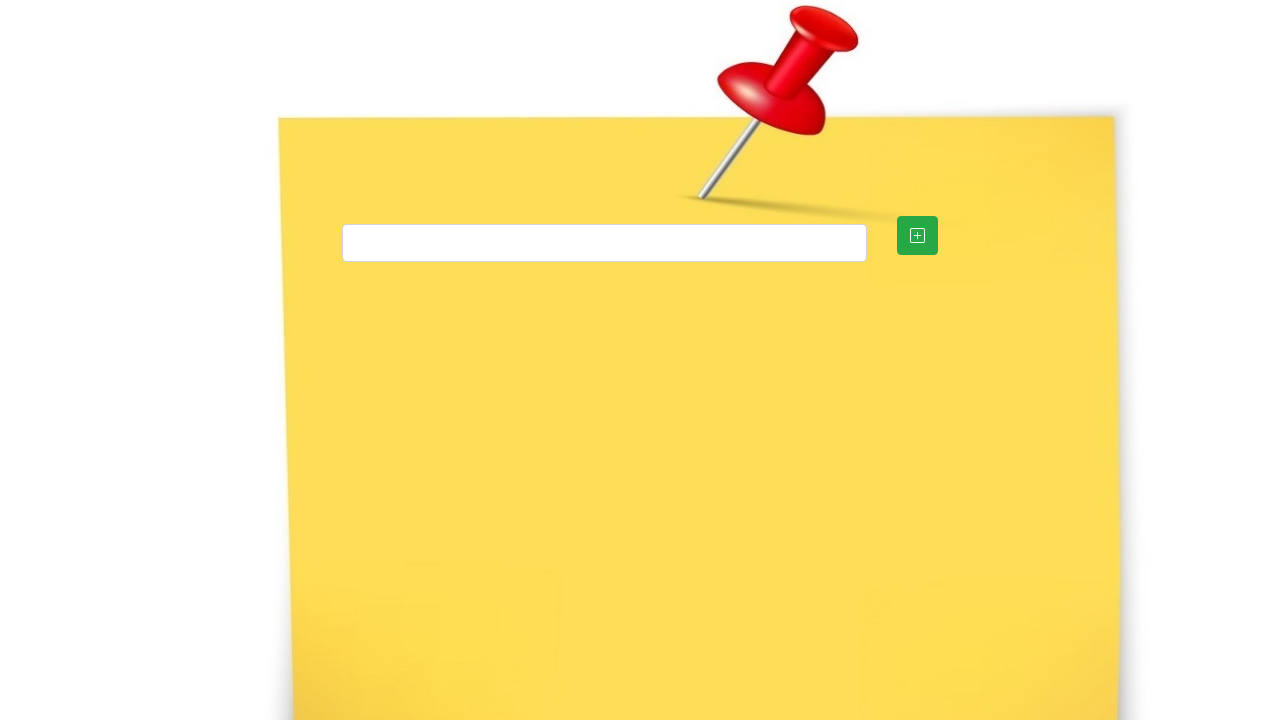
Repository: walaaElbasha/Todo-list-laravel
Page: http://localhost/tasks
These files come from the project's save history. The page is drawn as it stood at one moment and after the next save; the edit follows.
The browser window is 1280 px wide. The pictures show the whole page.
The page is served by the project's Laravel application, run on PHP 8.4 with Laravel 8. Style sheets and scripts are compiled from the project's sources, by tool versions that may differ from the author's. Queries for data that is not in the repository find no rows.

Above is the page before, as saved 2021-07-01 15:02:59.

After the next save:
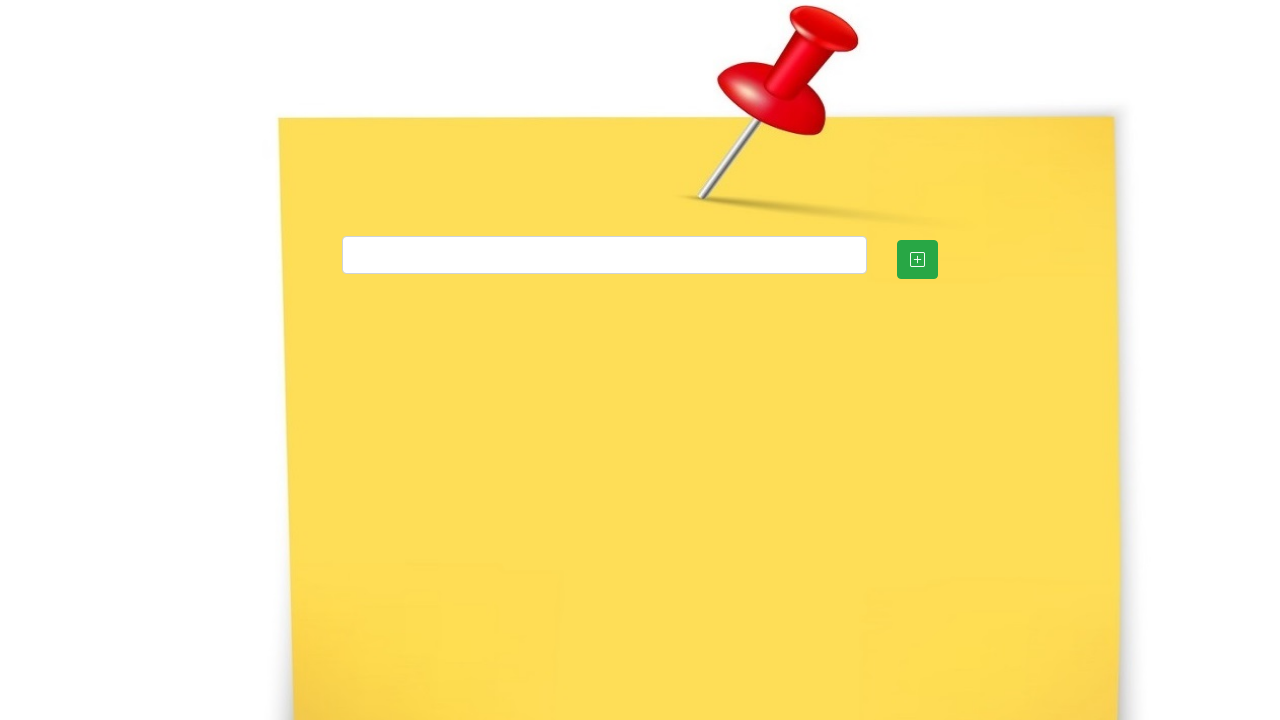
Saved 84 s later.
--- a/resources/views/tasks/index.blade.php
+++ b/resources/views/tasks/index.blade.php
@@ -76,7 +76,7 @@
 
                 <div class="form-group">
                     <div class="col-sm-offset-3 col-sm-6">
-                        <button type="submit" class="btn btn-success">
+                        <button type="submit" class="btn btn-success mt-4">
                             <span style="font-size:15px"><i class="bi bi-plus-square"></i> </span>
                         </button>
                     </div>
